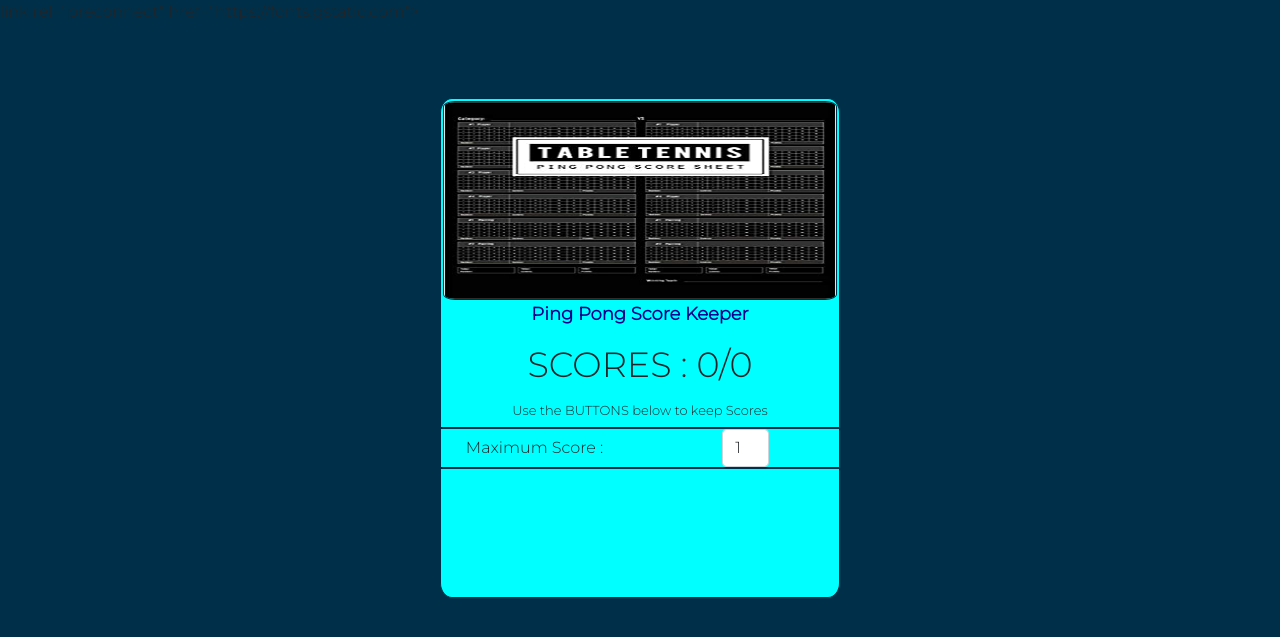
Repository: uditjain100/JavaScript-for-Web
Page: 9.Score Keeper Project/sk.html
The author's editor kept a copy of each file at every save. The page is drawn from the files as they stood at one save, then again after the next save.
The browser window is 1280 px wide. The pictures show the whole page.

Above is the page before, as saved 2021-01-22 21:31:03.

After the next save:
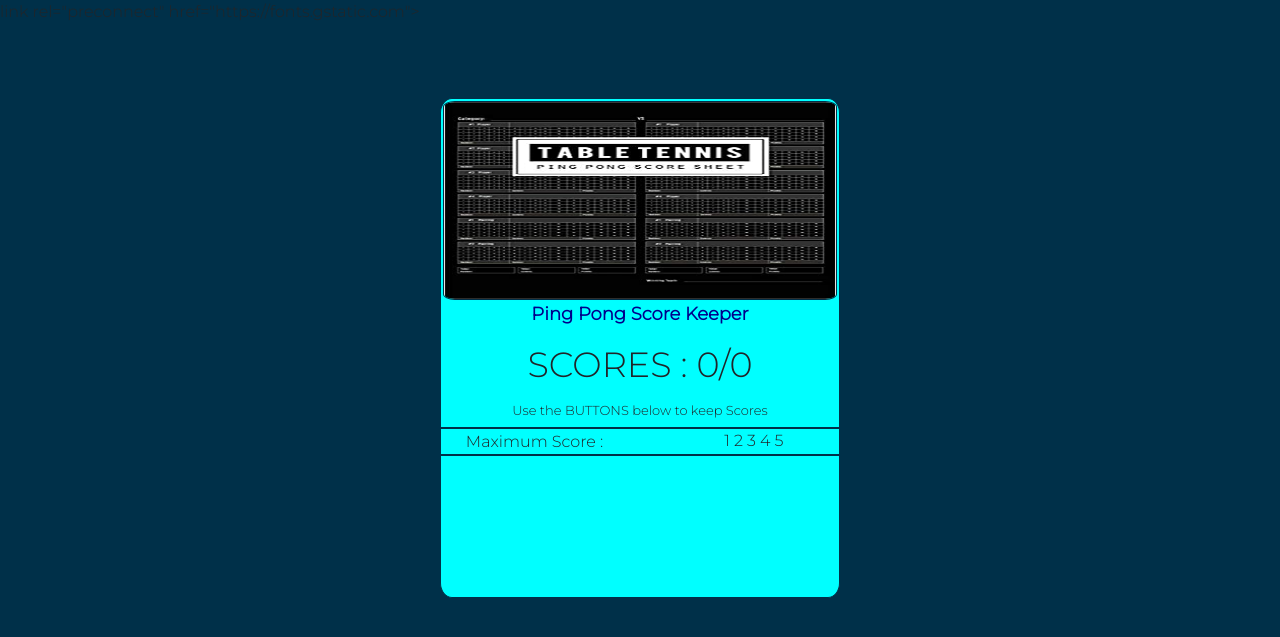
Saved 114 s later.
--- a/9.Score Keeper Project/sk.html
+++ b/9.Score Keeper Project/sk.html
@@ -37,13 +37,13 @@
             <h6 id="max_score" class="display-10 fw-4">Maximum Score :</h6>
           </div>
           <div id="select_02" class="col-2">
-            <select class="form-control" name="max-score" id="max-score">
+            <div class="btn-group" name="max-score" id="max-score">
               <option value="1">1</option>
               <option value="2">2</option>
               <option value="3">3</option>
               <option value="4">4</option>
               <option value="5">5</option>
-            </select>
+            </div>
           </div>
         </div>
       </div>
